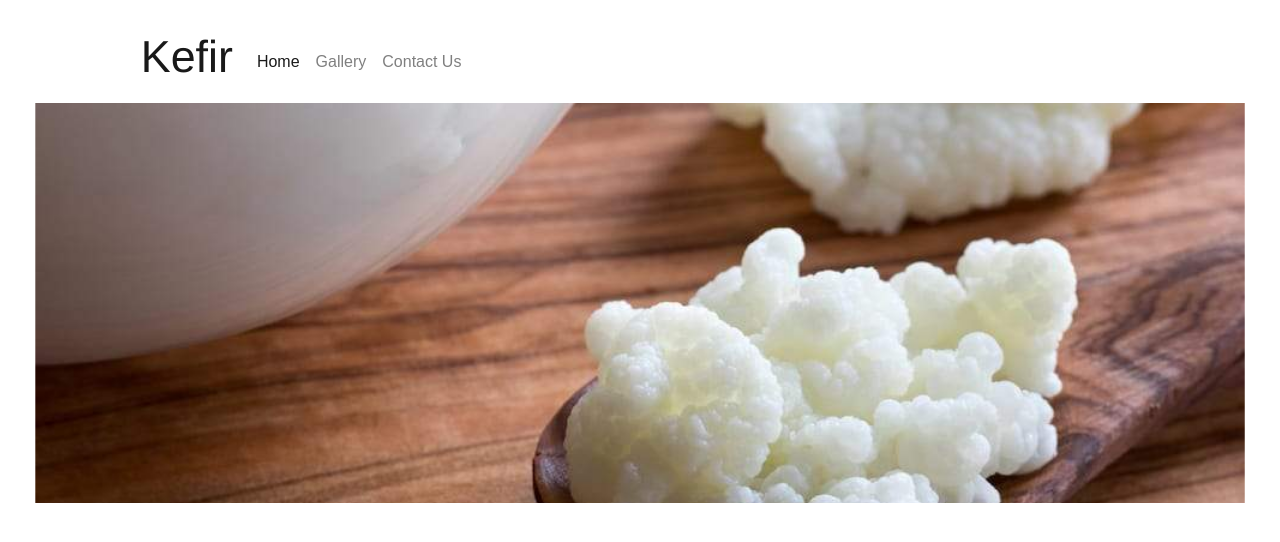
Repository: andna5980/kefir-web
Page: src/index.html
The author's editor kept a copy of each file at every save. The page is drawn from the files as they stood at one save, then again after the next save.
The browser window is 1280 px wide. The pictures show the whole page.
Some web fonts or font styles are not loaded; a fallback is used. Some web libraries are served in a nearby version.

Above is the page before, as saved 2021-02-27 13:19:46.

After the next save:
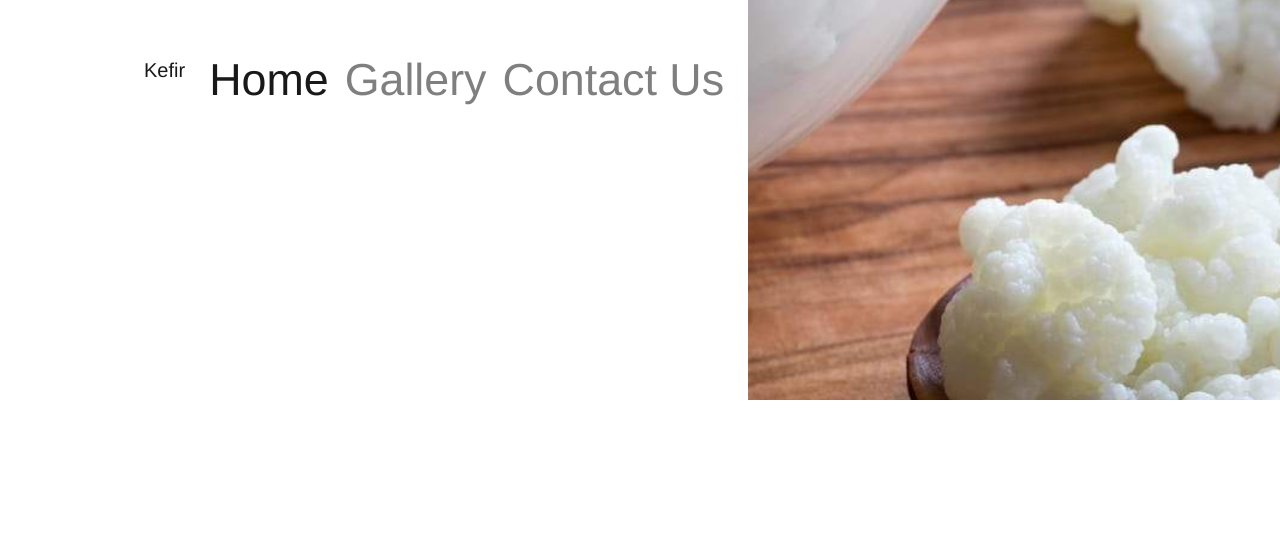
Saved 33 s later.
--- a/src/assets/styles/style.css
+++ b/src/assets/styles/style.css
@@ -18,7 +18,7 @@
 
 /*-----------------------Header ----------*/
 
-.navbar-brand {
+.navbar {
     float: left;
     color: #2F4B58;
     font-family:  Caveat Brush, Helvetica, sans-serif;

After the save that followed:
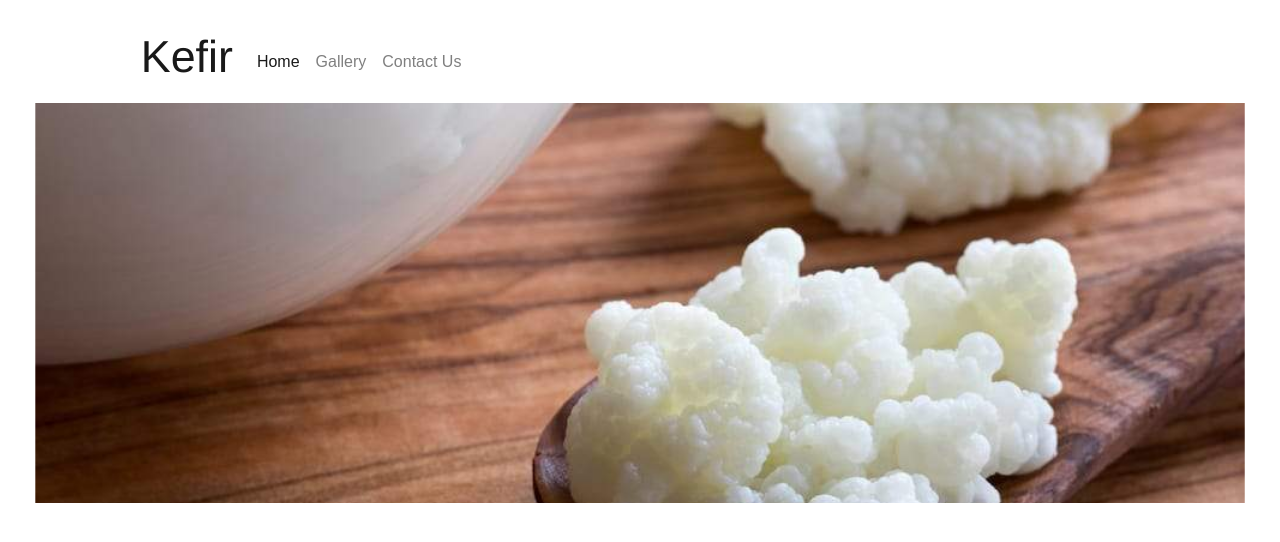
Saved 63 s later.
--- a/src/assets/styles/style.css
+++ b/src/assets/styles/style.css
@@ -18,7 +18,7 @@
 
 /*-----------------------Header ----------*/
 
-.navbar {
+.navbar-brand {
     float: left;
     color: #2F4B58;
     font-family:  Caveat Brush, Helvetica, sans-serif;
